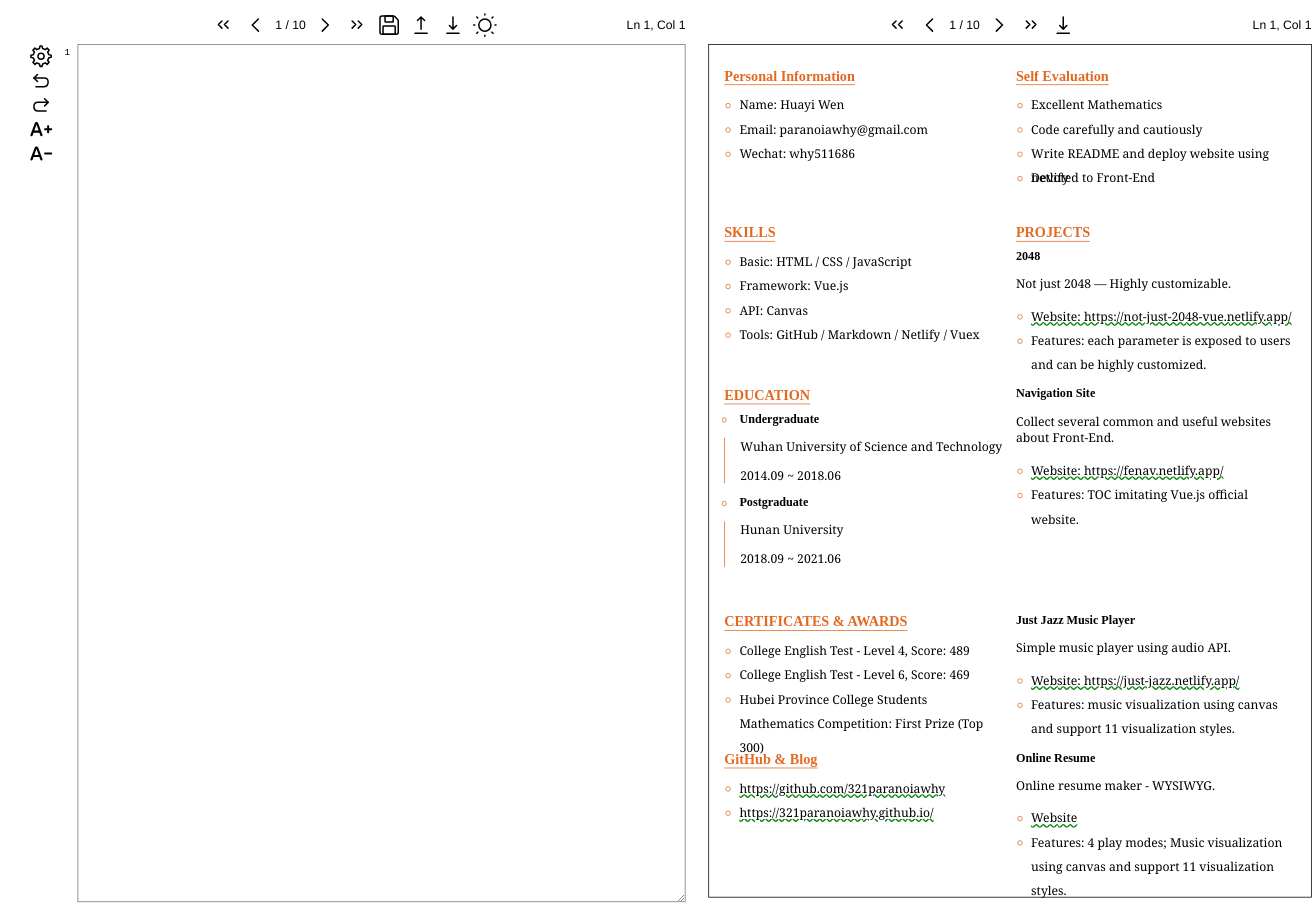
Repository: 321paranoiawhy/online-resume
Page: /
The author's editor kept a copy of each file at every save. The page is drawn from the files as they stood at one save, then again after the next save.
The browser window is 1280 px wide. The page is 1726 px wide, so the pictures cover 1726 px, including what lies to the right of the window. The pictures show the whole page, at 76% of full size.
The project was rebuilt for these pictures with package versions that can differ from the ones it lists, and the page was loaded fresh each time. Also part of the build but not shown: vue.config.js, src/components/Header.vue, src/components/Introduction.vue, src/components/Footer.vue.

Above is the page before, as saved 2022-06-08 18:27:35.

### src/App.vue
<template>
    <router-view />
</template>

<style lang="scss">
html,
body,
#app {
    height: 100%;
}
#app {
    font-family: Avenir, Helvetica, Arial, sans-serif;
    -webkit-font-smoothing: antialiased;
    -moz-osx-font-smoothing: grayscale;
    text-align: center;
    // color: #2c3e50;
}
</style>

### src/css/common.css
:root {
    --A4-width: 210mm;
    --A4-height: 297mm;
    /* CSS 全局变量, 任何地方均可通过 var() 访问变量值 */
    --base: 12;
    /* 基于 --base 计算 --font-size-small 和 --line-height-small */
    /* 参考链接: https://www.ruanyifeng.com/blog/2017/05/css-variables.html */
    --font-size-small: calc(var(--base) * 1px);
    --line-height-small: calc(var(--base) * 1.5px);
    /* 字符间距 */
    --letter-spacing: 0.05em;
}
textarea.left-textarea {
    width: var(--A4-width); /* 210 * 96 / 25.4 = 793.7 px */
    height: var(--A4-height); /* 297 * 96 / 25.4 = 1122.52 px */
    /* 字体大小 */
    font-size: var(--font-size-small);
    /* 行高 */
    line-height: var(--line-height-small);
    /* 字符间距 */
    letter-spacing: var(--letter-spacing);
    /* 统一各浏览器下 textarea 盒模型 */
    margin: 0;
    border-width: 1px;
    padding: 2px;
}
div.right-output {
    /* 1 in = 25.4 mm = 96 px */
    width: var(--A4-width); /* 210 * 96 / 25.4 = 793.7 px */
    height: var(--A4-height); /* 297 * 96 / 25.4 = 1122.52 px */
    margin: 0;
    border: 1px solid red;
    padding: 2px;
    /* & .name {
        border: 1px solid blue;
    } */
}
img {
    width: 32px;
    height: 32px;
    cursor: pointer;
}

### src/views/HomeView.vue
<template>
    <!-- <TopHeader></TopHeader> -->
    <!-- <Introduction></Introduction> -->
    <div class="main-flex">
        <LeftInput class="left-input"></LeftInput>
        <RightOutput></RightOutput>
    </div>
    <!-- <BottomFooter></BottomFooter> -->
</template>

<script>
// @ is an alias to /src
import TopHeader from "@/components/Header.vue";
import Introduction from "@/components/Introduction.vue";
import LeftInput from "@/components/LeftInput.vue";
import RightOutput from "@/components/RightOutput.vue";
import BottomFooter from "@/components/Footer.vue";

// 功能拆解
// 下载源码和渲染结果文件(HTML&CSS, PDF, DOCX), 使用 Pandoc
// LaTeX 语法支持 (引入 MathJax)
// JavaScript 实现 解析
// common.css 负责特定样式
// 切换主题或者切换模板
// 主题 白天 黑夜
// 模板 暂定唯一模板 后续定制更多模板 (寻找优雅的 resume 模板)
// autosave
// localstorage
// 左侧应有快速插入标记, 如 name
export default {
    name: "HomeView",
    components: {
        TopHeader,
        Introduction,
        LeftInput,
        RightOutput,
        BottomFooter,
    },
};
</script>

<style scoped lang="scss">
div.main-flex {
    display: flex;
    width: fit-content;
    & .left-input {
        margin-left: 30px;
        margin-right: 30px;
    }
}
</style>

### src/components/RightOutput.vue
<template>
    <div class="right-output-flex-column">
        <div class="top-flex">
            <div class="center">
                <img
                    v-for="(item, index) in rightOutputImage.slice(0, 2)"
                    :key="index"
                    :src="require('../assets/images/' + item.img_src + '.svg')"
                    :alt="item.img_src"
                    @click="Fn(item.function)"
                />
                <p>{{ currentOutputPage }} / {{ totalOutputPage }}</p>
                <img
                    v-for="(item, index) in rightOutputImage.slice(2)"
                    :key="index"
                    :src="require('../assets/images/' + item.img_src + '.svg')"
                    :alt="item.img_src"
                    @click="Fn(item.function)"
                />
            </div>
            <!-- 快速跳转至某行某列 (默认当前页) -->
            <p @click="gotoLnAndCol">Ln 1, Col 1</p>
        </div>
        <!-- <div class="right-output" ref="output"></div> -->
        <testTemplateEN></testTemplateEN>
    </div>
</template>

<script>
import rightOutputImage from "/public/data/rightOutputImage.json";
import testTemplateEN from "./testTemplateEN.vue";

import { onMounted, ref, watch } from "@vue/runtime-core";
import { useStore } from "vuex";

export default {
    name: "RightOutput",
    components: {
        testTemplateEN,
    },
    setup() {
        let currentOutputPage = ref(1);
        let totalOutputPage = ref(10);
        const store = useStore();
        let output = ref(null);
        // 思路一: 根据左边输入栏实时输出至右边, 并设置相应的样式
        // 思路二: 默认右边已有示例模板, 左边输入栏实时输入右边输出栏实时更新替换
        // 思路二更优: 用户可预览, 页面须有提示或者有帮助文档 F1 查看 各块对应语法 syntax
        onMounted(() => {
            // output.value.value = computed(() => {
            //     console.log(store.state.compiledHTML);
            //     return store.state.compiledHTML;
            // });
            // output.value.innerHTML = store.state.compiledHTML;
        });
        watch(
            () => store.state.compiledHTML,
            () => {
                output.value.innerHTML = store.state.compiledHTML;
                // 设置 CSS 样式
            }
        );
        return {
            rightOutputImage,
            currentOutputPage,
            totalOutputPage,
            output,
        };
    },
};
</script>

<style scoped lang="scss">
.right-output-flex-column {
    display: flex;
    flex-direction: column;
    & div.top-flex {
        display: flex;
        width: 210mm;
        margin-left: auto;
        justify-content: center;
        & div.center {
            flex-grow: 1;
            display: flex;
            justify-content: center;
            align-items: center;
            gap: 10px;
        }
    }
}
</style>

### src/components/Sidebar.vue
<template>
    <div class="sidebar-flex-column">
        <img
            v-for="(item, index) in sidebarImage"
            :key="index"
            :src="require('../assets/images/' + item.img_src + '.svg')"
            :alt="item.img_src"
            @click="Fn(item.function)"
        />
    </div>
</template>

<script>
// 引入图片 json 数据文件
import sidebarImage from "/public/data/sidebarImage.json";

export default {
    name: "Sidebar",
    setup() {
        // 当前 base
        let currentBase = 12;
        // Fn: 根据入参执行相应函数
        let Fn = (parameter) => {
            switch (parameter) {
                case "set":
                    break;
                // 撤销 TODO(有限次 or 无限次)
                case "undo":
                    break;
                // 重做 TODO
                case "redo":
                    break;
                // 每次 --base +2
                case "textIncrease":
                    // 最大值: 24 (2*12)
                    if (currentBase === 24) {
                        return;
                    }
                    // 修改 root --base (可同步修改 --font-size-small,--line-height-small)
                    document.documentElement.style.setProperty(
                        "--base",
                        `${currentBase + 2}`
                    );
                    // 更新 currentBase
                    currentBase += 2;
                    break;
                // 每次 --base -2
                case "textDecrease":
                    // 最小值: 8
                    if (currentBase === 8) {
                        return;
                    }
                    document.documentElement.style.setProperty(
                        "--base",
                        `${currentBase - 2}`
                    );
                    // 更新 currentBase
                    currentBase -= 2;
                    break;
                default:
                    break;
            }
        };
        return {
            sidebarImage,
            currentBase,
            Fn,
        };
    },
};
</script>

<style scoped lang="scss">
.sidebar-flex-column {
    display: flex;
    flex-direction: column;
    width: fit-content;
    height: fit-content;
}
</style>

### src/components/testTemplateEN.vue
<template>
    <div class="grid">
        <div>
            <h3>Personal Information</h3>
            <ul>
                <li>Name: Huayi Wen</li>
                <li>Email: paranoiawhy@gmail.com</li>
                <li>Wechat: why511686</li>
            </ul>
        </div>
        <div>
            <h3>Self Evaluation</h3>
            <ul>
                <li>Excellent Mathematics</li>
                <li>Code carefully and cautiously</li>
                <li>Write README and deploy website using netlify</li>
                <li>Devoted to Front-End</li>
            </ul>
        </div>
        <div>
            <h3>SKILLS</h3>
            <ul>
                <li>Basic: HTML / CSS / JavaScript</li>
                <li>Framework: Vue.js</li>
                <li>API: Canvas</li>
                <li>Tools: GitHub / Markdown / Netlify / Vuex</li>
            </ul>
        </div>
        <div>
            <h3>PROJECTS</h3>
            <h4>2048</h4>
            <!-- em dash: https://www.toptal.com/designers/htmlarrows/punctuation/em-dash/ -->
            <p>Not just 2048 &#8212; Highly customizable.</p>
            <ul>
                <li>
                    <a href="https://not-just-2048-vue.netlify.app/"
                        >Website: https://not-just-2048-vue.netlify.app/</a
                    >
                </li>
                <li>
                    Features: each parameter is exposed to users and can be
                    highly customized.
                </li>
            </ul>
        </div>
        <div>
            <h3>EDUCATION</h3>
            <h4 class="disc">Undergraduate</h4>
            <div class="border">
                <p>Wuhan University of Science and Technology</p>
                <p>2014.09 ~ 2018.06</p>
            </div>
            <h4 class="disc">Postgraduate</h4>
            <div class="border">
                <p>Hunan University</p>
                <p>2018.09 ~ 2021.06</p>
            </div>
        </div>
        <div>
            <h4>Navigation Site</h4>
            <p>Collect several common and useful websites about Front-End.</p>
            <ul>
                <li>
                    <a href="https://fenav.netlify.app/"
                        >Website: https://fenav.netlify.app/</a
                    >
                </li>
                <li>Features: TOC imitating Vue.js official website.</li>
            </ul>
        </div>
        <div>
            <h3>CERTIFICATES & AWARDS</h3>
            <ul>
                <li>College English Test - Level 4, Score: 489</li>
                <li>College English Test - Level 6, Score: 469</li>
                <li>
                    Hubei Province College Students Mathematics Competition:
                    First Prize (Top 300)
                </li>
            </ul>
        </div>
        <div>
            <h4>Just Jazz Music Player</h4>
            <p>Simple music player using audio API.</p>
            <ul>
                <li>
                    <a href="https://just-jazz.netlify.app/"
                        >Website: https://just-jazz.netlify.app/</a
                    >
                </li>
                <li>
                    Features: music visualization using canvas and support 11
                    visualization styles.
                </li>
            </ul>
        </div>
        <div>
            <h3>GitHub & Blog</h3>
            <ul>
                <li>
                    <a href="https://github.com/321paranoiawhy"
                        >https://github.com/321paranoiawhy</a
                    >
                </li>
                <li>
                    <a href="https://321paranoiawhy.github.io/"
                        >https://321paranoiawhy.github.io/</a
                    >
                </li>
            </ul>
        </div>
        <div>
            <h4>Online Resume</h4>
            <p>Online resume maker - WYSIWYG.</p>
            <ul>
                <li>
                    <a href="https://just-jazz.netlify.app/">Website</a>
                </li>
                <li>
                    Features: 4 play modes; Music visualization using canvas and
                    support 11 visualization styles.
                </li>
            </ul>
        </div>
    </div>
</template>

<script>
export default {
    name: "testTemplate",
    setup() {
        return {};
    },
};
</script>

<style scoped lang="scss">
$margin-left: 20px;
div.grid {
    display: grid;
    grid-template-columns: 1fr 1fr;
    column-gap: 1rem;
    width: var(--A4-width);
    height: var(--A4-height);
    // background-color: #e6e6e6;
    text-align: left;
    // border-box
    box-sizing: border-box;
    // 内边距
    padding: 20px;
    border: 1px solid;
    & ul {
        padding: 0 0 0 $margin-left;
        margin: 0;
        list-style-type: circle;
        font-family: Cambria;
        & li {
            & img {
                width: 24px;
                height: 24px;
                vertical-align: middle;
                margin-right: 5px;
            }
            height: 2rem;
            line-height: 2rem;
        }
    }
    & ul li::marker {
        color: #e26921;
    }
    & p {
        font-family: Cambria;
    }
    & h3 {
        color: #e26921;
        font-family: didot;
        width: fit-content;
        border-bottom: 1px solid;
        margin: 10px 0;
    }
    & h4 {
        font-family: didot;
        margin: 10px 0;
    }
    & h4.disc {
        position: relative;
        margin-left: $margin-left;
        &::before {
            position: absolute;
            content: " ";
            left: -23.2px;
            top: 40%;
            width: 4.4px;
            height: 4.4px;
            border: 1px solid #e26921;
            border-radius: 50%;
        }
    }
    & a {
        text-decoration: green wavy underline;
        color: inherit;
        // font-family: Cambria;
        // font-family: "Cormorant Garamond", serif;
    }
    & div.border {
        border-left: 1px solid #e26921;
        & p {
            margin-left: $margin-left;
        }
    }
}
</style>

Loaded but not shown: public/index.html (common file); src/router/index.js (common file); public/data/leftInputImage.json (30 lines, source omitted); public/data/rightOutputImage.json (22 lines, source omitted); public/data/sidebarImage.json (22 lines, source omitted); src/store/index.js (34 lines, source omitted); src/main.js (8 lines, source omitted); src/components/LeftInput.vue (291 lines, source omitted)

After the next save:
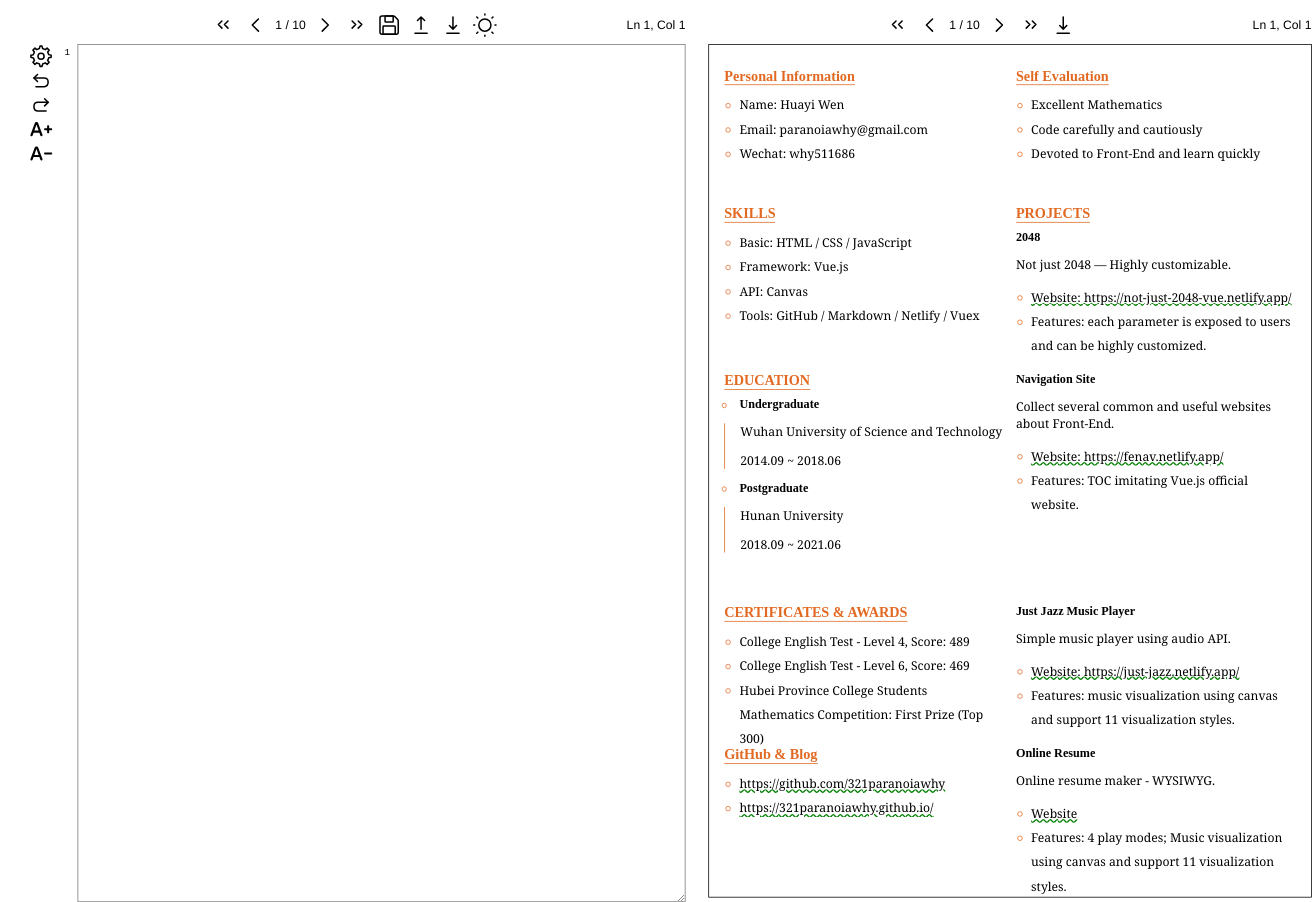
Saved 67 s later.
--- a/src/components/testTemplateEN.vue
+++ b/src/components/testTemplateEN.vue
@@ -13,8 +13,7 @@
             <ul>
                 <li>Excellent Mathematics</li>
                 <li>Code carefully and cautiously</li>
-                <li>Write README and deploy website using netlify</li>
-                <li>Devoted to Front-End</li>
+                <li>Devoted to Front-End and learn quickly</li>
             </ul>
         </div>
         <div>
